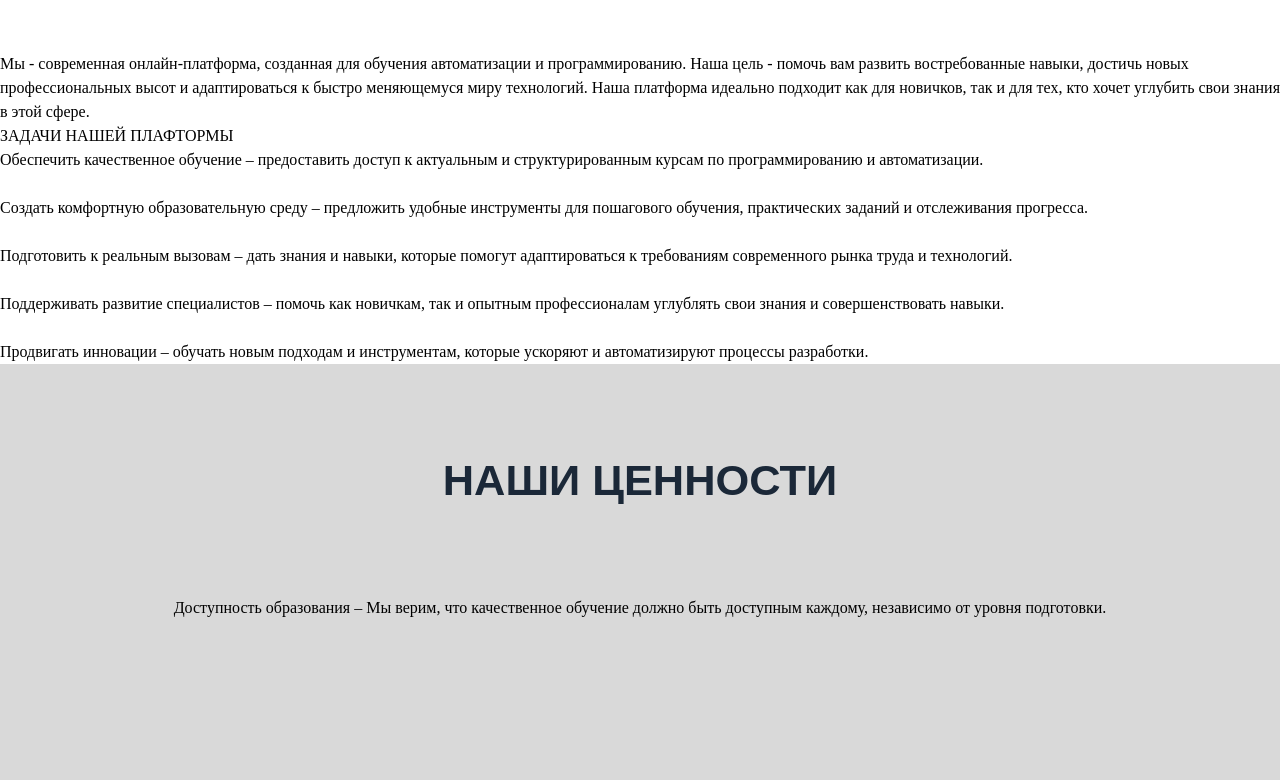
Repository: marjango/course
Page: /aboutus
An editor plug-in stored every save of this project. The page is shown before and after the next save, followed by the edit.
The browser window is 1280 px wide. The pictures show the part of the page from y = 1280 to 2108 px (the page is 2060 px tall before and 2108 px after).
The project was rebuilt for these pictures with package versions that can differ from the ones it lists, and the page was loaded fresh each time. The framework's server and built-in components were replaced by stand-ins that run in the browser. Also part of the build but not shown: next.config.ts.

Above is the page before, as saved 2025-03-26 22:36:26.

### app/layout.tsx
import type { Metadata } from "next";
import "./globals.css";
import './fonts.css';


export const metadata: Metadata = {
  title: "сourse",
  description: "it course",
};

export default function RootLayout({
  children,
}: Readonly<{
  children: React.ReactNode;
}>) {
  return (
    <html lang="en">
      <body

      >
        {children}
      </body>
    </html>
  );
}

### app/aboutus/page.tsx
import React from "react";
import s from "./aboutus.module.css";

import Link from "next/link";

const aboutus = () => {
  return (
    <>
      <div className={s.aboutus}>
        <div className={s.headerContainer}>
          <Link href="/" className={s.logo}>
            logo
          </Link>



          <Link href="#" className={s.personal}>
            Личный кабинет
          </Link>
        </div>
        <h1>кто мы такие?</h1>
        <p>
          образовательная онлайн-платформа, помогающая <br/> осваивать
          программирование и автоматизацию.
        </p>
      </div>
      <div className={s.goals}>
        <h1>цель и задачи</h1>
        <p>
          Мы - современная онлайн-платформа, созданная для обучения
          автоматизации и программированию. Наша цель - помочь вам развить
          востребованные навыки, достичь новых профессиональных высот и
          адаптироваться к быстро меняющемуся миру технологий. Наша платформа
          идеально подходит как для новичков, так и для тех, кто хочет углубить
          свои знания в этой сфере.
        </p>
        <h3>ЗАДАЧИ НАШЕЙ ПЛАФТОРМЫ</h3>
        <p>
          Обеспечить качественное обучение – предоставить доступ к актуальным и
          структурированным курсам по программированию и автоматизации.
        </p>
        <br />
        <p>
          Создать комфортную образовательную среду – предложить удобные
          инструменты для пошагового обучения, практических заданий и
          отслеживания прогресса.
        </p>
        <br />
        <p>
          Подготовить к реальным вызовам – дать знания и навыки, которые помогут
          адаптироваться к требованиям современного рынка труда и технологий.
        </p>
        <br />
        <p>
          Поддерживать развитие специалистов – помочь как новичкам, так и
          опытным профессионалам углублять свои знания и совершенствовать
          навыки.
        </p>
        <br />
        <p>
          Продвигать инновации – обучать новым подходам и инструментам, которые
          ускоряют и автоматизируют процессы разработки.
        </p>
      </div>
      <div className={s.values}>
        <h1>Наши ценности</h1>
        <div className={s.value}>
        Доступность образования – Мы верим, что качественное обучение должно быть доступным каждому, независимо от уровня подготовки.
        </div>
        <div className={s.value}>

        </div>
        <div className={s.value}>

        </div>
        <div className={s.value}>

        </div>
        <div className={s.value}>

        </div>
      </div>
    </>
  );
};

export default aboutus;

### app/globals.css
@import "tailwindcss";

* {
  font-family: 'Doloman Pavljenko';
}

h1 {
  font-family: 'Intro Friday', sans-serif;
  font-size: 3.39vw;
  line-height: 1.2;
  color: white;
  font-weight: bold;
  text-transform: uppercase;
}

### app/fonts.css
@font-face {
    font-family: 'Doloman Pavljenko';
    src: url("/public/fonts/DolomanPavljenko.otf") format('otf'),
    url("/public/fonts/DolomanPavljenko.otf") format('otf');
    font-weight: normal;
    font-style: normal;
  }

   @font-face {
     font-family: "Intro Friday";
     src: url("/public/fonts/Intro\ Friday\ Regular.ttf") format("ttf"),
     url("/public/fonts/Intro\ Friday\ Regular.ttf") format("ttf");
     font-weight: normal;
     font-style: normal;
   }

### app/aboutus/aboutus.module.css
.aboutus {
    width: 100%;
    height: 1280px;
    padding: 7.03vw 7.29vw 15.63vw 7.29vw;
    display: flex;
    flex-direction: column;
    align-items: center;
    color: white;
    border-bottom-right-radius: 4.17vw;
    border-bottom-left-radius: 4.17vw;
    background-color: #1B2838;
}

.aboutus::before {
  content: "";
  position: absolute;
  top: 0;
  left: 0;
  width: 100%;
  height: 100%;
  background-image: url(./background.svg);
  background-size: cover;
  background-position: center;
  background-repeat: no-repeat;
  opacity: 0.4;
  z-index: 1;
  pointer-events: none; /* Отключаем события мыши */
}

.headerContainer {
    background: transparent;
    display: flex;
    justify-content: space-between;
    align-items: center;
    width: 100%;
}

.logo {
    padding: 0.52vw 1.35vw;
    background-color: #d9d9d9;
    border: none;
    border-radius: 1.51vw;
    color: #064b9b;
    font-size: 2.08vw;
    line-height: 2.08vw;
    font-weight: 300;
}

.nav {
    margin-left: 17.08vw;
    justify-self: center;
    font-size: 1.82vw;
    font-weight: 300;
    display: flex;
    gap: 3.8vw;
}

.personal {
    margin-left: 5.57vw;
    background-color: #d9d9d9;
    width: 12.66vw;
    height: 3.13vw;
    display: flex;
    justify-content: center;
    align-items: center;
    border: none;
    border-radius: 1.51vw;
    color: black;
    font-size: 1.8vw;
    line-height: 1.8vw;
    font-weight: 300;
}

.aboutus h1{
    margin-top: 395px;
    font-size: 99px;
}
.aboutus p{
    margin-top: 50px;
    font-size: 40px;
    max-width: 1270px;
    text-align: center;
    font-size: 40px;
}

.values {
    background-color: #d9d9d9;
    display: flex;
    flex-direction: column;
    align-items: center;
    padding: 0 140px 160px 140px;
}
.values h1 {
    margin: 90px 0;
    color: #1B2838;
}
.values p{
    font-size: 40px;
    line-height: 40px;
    text-align: center;

}
.values h3{
    margin-top: 125px;
    font-size: 40px;
    margin-bottom: 75px;
    text-decoration: underline;
}

After the next save:
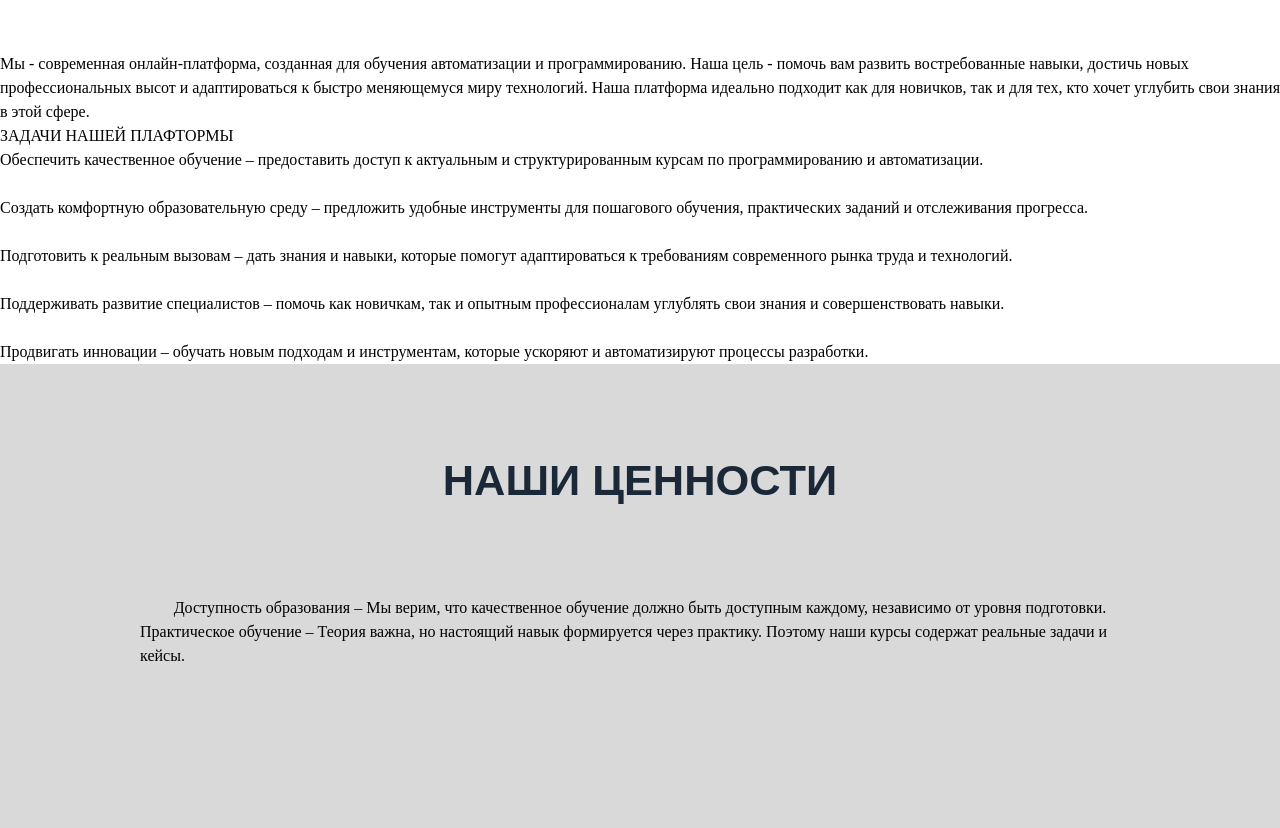
Saved 16 s later.
--- a/app/aboutus/page.tsx
+++ b/app/aboutus/page.tsx
@@ -68,7 +68,7 @@
         Доступность образования – Мы верим, что качественное обучение должно быть доступным каждому, независимо от уровня подготовки.
         </div>
         <div className={s.value}>
-
+        Практическое обучение – Теория важна, но настоящий навык формируется через практику. Поэтому наши курсы содержат реальные задачи и кейсы.
         </div>
         <div className={s.value}>
 

After the save that followed:
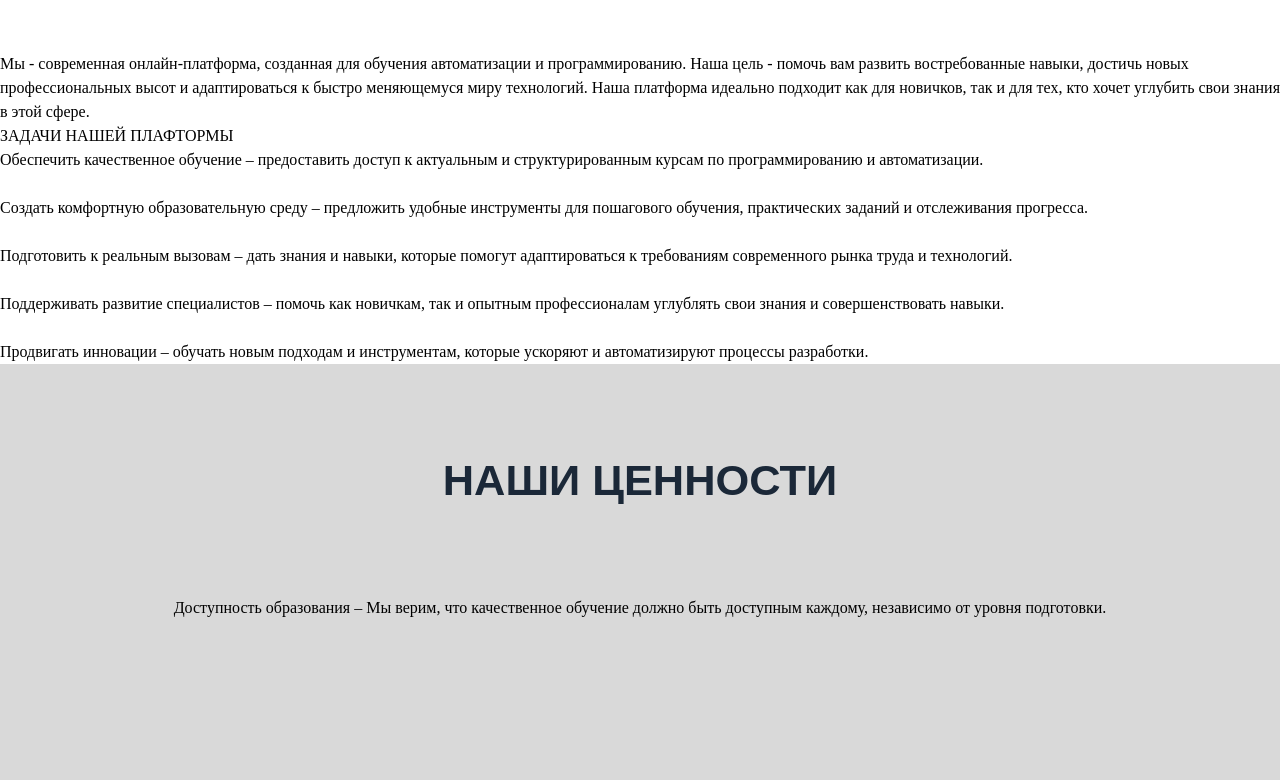
Saved 5 s later.
--- a/app/aboutus/page.tsx
+++ b/app/aboutus/page.tsx
@@ -68,7 +68,7 @@
         Доступность образования – Мы верим, что качественное обучение должно быть доступным каждому, независимо от уровня подготовки.
         </div>
         <div className={s.value}>
-        Практическое обучение – Теория важна, но настоящий навык формируется через практику. Поэтому наши курсы содержат реальные задачи и кейсы.
+        <p></p>
         </div>
         <div className={s.value}>
 
